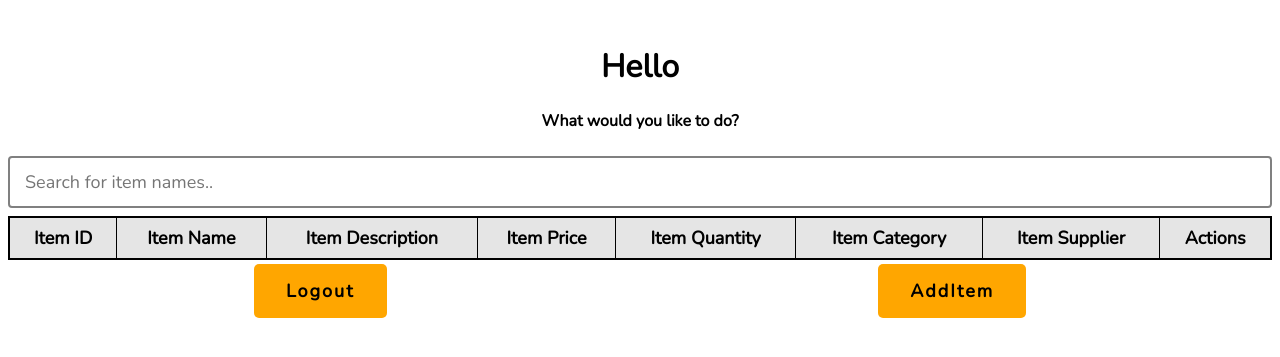
Repository: arshad-shah/Software-enginnering-3-software-patterns
Page: http://localhost/InventorySystemApp/inventory.jsp
These files come from the project's save history. The page is drawn as it stood at one moment and after the next save; the edit follows.
The browser window is 1280 px wide. The pictures show the whole page.
The page is served by Tomcat 9.

Above is the page before, as saved 2021-11-23 11:43:34.

After the next save:
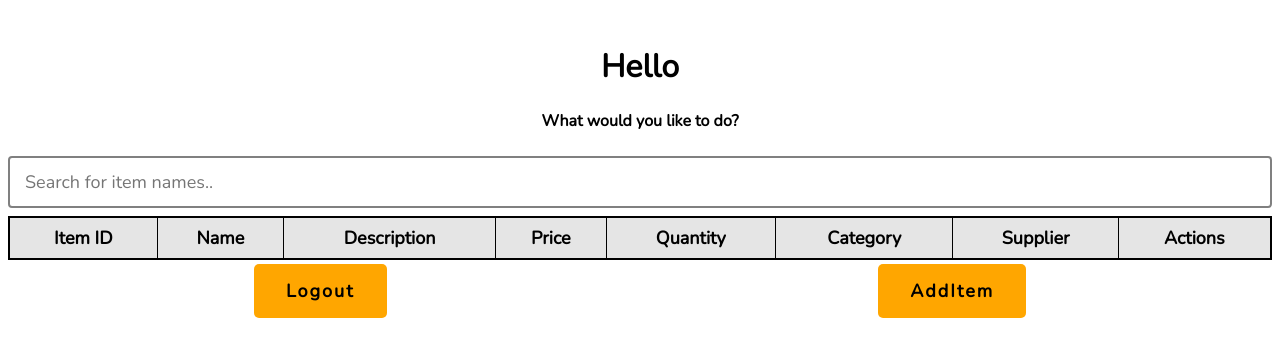
Saved 113 s later.
--- a/workspace/InventorySystemApp/WebContent/inventory.jsp
+++ b/workspace/InventorySystemApp/WebContent/inventory.jsp
@@ -25,12 +25,12 @@ pageEncoding="ISO-8859-1"%>
     <table border="1" id="myTable">
       <tr>
         <th>Item ID</th>
-        <th>Item Name</th>
-        <th>Item Description</th>
-        <th>Item Price</th>
-        <th>Item Quantity</th>
-        <th>Item Category</th>
-        <th>Item Supplier</th>
+        <th>Name</th>
+        <th>Description</th>
+        <th>Price</th>
+        <th>Quantity</th>
+        <th>Category</th>
+        <th>Supplier</th>
         <th>Actions</th>
       </tr>
       <c:forEach items="${sessionScope.inventory.getInventory()}" var="item">
